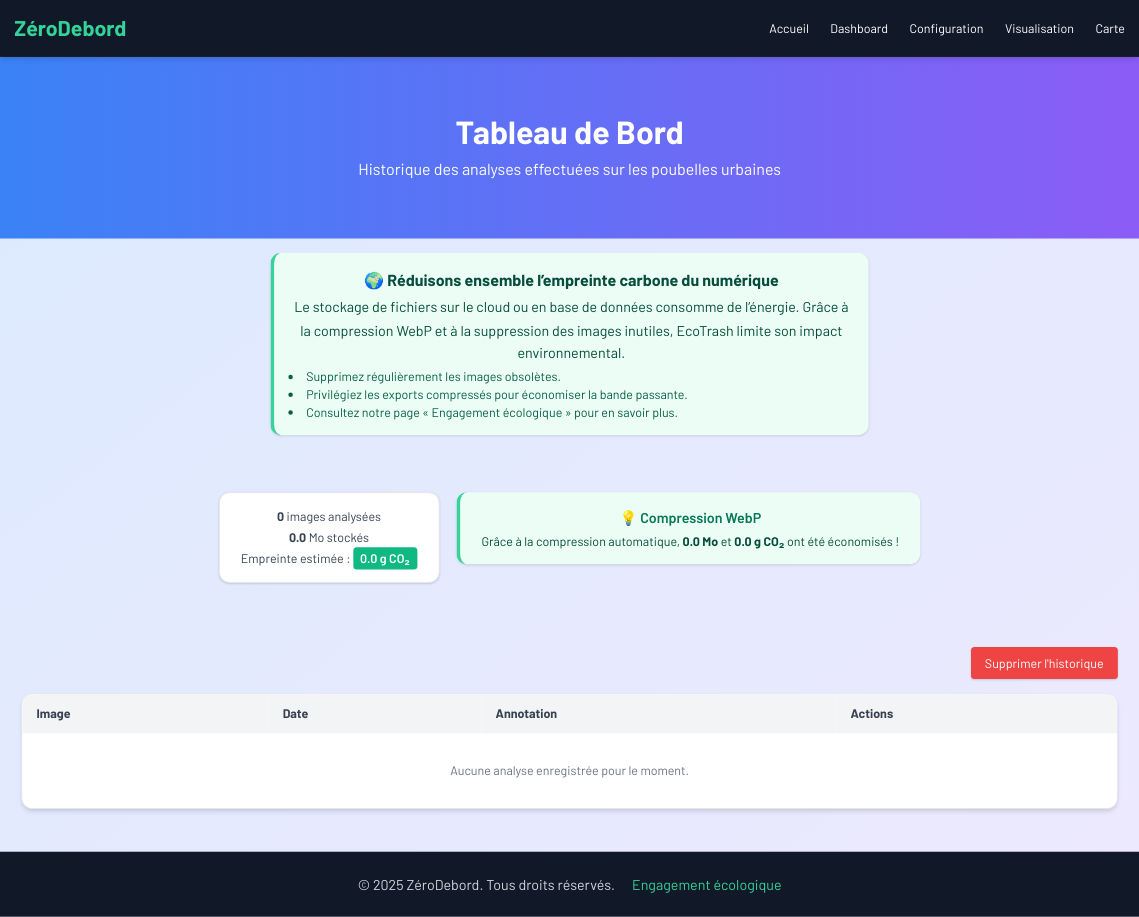
Repository: BaptGBM/MASTERCAMP
Page: http://localhost/dashboard
The author's editor kept a copy of each file at every save. The page is drawn from the files as they stood at one save, then again after the next save.
The browser window is 1280 px wide. The pictures show the whole page, at 89% of full size.
The page is served by the project's application, run on Flask 3 (app.py). Other server files are loaded and not shown. Queries for data that is not in the repository find no rows.

Above is the page before, as saved 2025-07-08 23:32:52.

### templates/dashboard.html
<!DOCTYPE html>
<html lang="fr">
<head>
  <meta charset="UTF-8" />
  <meta name="viewport" content="width=device-width, initial-scale=1.0" />
  <title>ZéroDebord - Dashboard</title>
  <link href="https://fonts.googleapis.com/css2?family=Barlow:wght@300;400;500;600;700&display=swap" rel="stylesheet">
  <link href="https://cdn.jsdelivr.net/npm/tailwindcss@2.2.19/dist/tailwind.min.css" rel="stylesheet">
  <link rel="stylesheet" href="{{ url_for('static', filename='style.css') }}">
  <style>
    body {
      font-family: 'Barlow', -apple-system, BlinkMacSystemFont, 'Segoe UI', Roboto, sans-serif;
    }
  </style>
</head>
<body class="bg-gradient-to-br from-blue-100 to-purple-100 min-h-screen flex flex-col">

  <!-- HEADER -->
  <header class="bg-gray-900 text-white py-4 shadow-md sticky top-0 z-50">
    <div class="container mx-auto px-4 flex justify-between items-center">
      <a href="{{ url_for('index') }}" class="text-2xl font-bold text-green-400 hover:text-green-300 transition-colors duration-200 no-underline">ZéroDebord</a>
      <nav>
        <ul class="flex gap-6 text-sm">
          <li><a href="{{ url_for('index') }}"  class="hover:underline">Accueil</a></li>
          <a href="{{ url_for('dashboard') }}" class="hover:underline">Dashboard</a>
          <li><a href="{{ url_for('config') }}" class="hover:underline">Configuration</a></li>
          <li><a href="{{ url_for('visualisation') }}" class="hover:underline">Visualisation</a></li>
          <li><a href="{{ url_for('map_view') }}" class="hover:underline">Carte</a></li>


        </ul>
      </nav>
    </div>
  </header>

  <!-- TITRE -->
  <section class="py-16 text-center bg-gradient-to-r from-blue-500 to-purple-500 text-white">
    <h2 class="text-4xl font-bold mb-2">Tableau de Bord</h2>
    <p class="text-lg">Historique des analyses effectuées sur les poubelles urbaines</p>
  </section>

  <section class="py-4 text-center">
    <div class="max-w-2xl mx-auto bg-green-50 border-l-4 border-green-400 text-green-900 p-4 rounded-xl shadow mb-6">
      <h3 class="font-bold text-lg mb-1">🌍 Réduisons ensemble l’empreinte carbone du numérique</h3>
      <p class="mb-1">Le stockage de fichiers sur le cloud ou en base de données consomme de l’énergie. Grâce à la compression WebP et à la suppression des images inutiles, EcoTrash limite son impact environnemental.</p>
      <ul class="list-disc list-inside text-left text-green-800 text-sm">
        <li>Supprimez régulièrement les images obsolètes.</li>
        <li>Privilégiez les exports compressés pour économiser la bande passante.</li>
        <li>Consultez notre page « Engagement écologique » pour en savoir plus.</li>
      </ul>
    </div>
  </section>

<!-- INDICATEUR GREEN IT -->
<section class="text-center my-6">
  <div class="inline-block bg-white rounded-xl shadow px-6 py-4 text-sm text-gray-700 space-y-1 border">
    <p><strong>{{ nb_images }}</strong> images analysées</p>
    <p><strong>{{ volume_mb }}</strong> Mo stockés</p>
    <p>
      Empreinte estimée :
      <span class="font-semibold px-2 py-1 rounded text-white
        {% if co2 < 20 %} bg-green-500
        {% elif co2 < 50 %} bg-yellow-500
        {% else %} bg-red-500
        {% endif %}">
        {{ co2 }} g CO₂
      </span>
    </p>
  </div>
  <div class="inline-block bg-green-50 border-l-4 border-green-400 text-green-900 rounded-xl shadow px-6 py-4 ml-4 align-top">
    <p class="font-semibold text-green-700 mb-1">💡 Compression WebP</p>
    <p class="text-sm">Grâce à la compression automatique, <span class="font-bold">{{ gain_mb }} Mo</span> et <span class="font-bold">{{ gain_co2 }} g CO₂</span> ont été économisés&nbsp;!</p>
  </div>
</section>



  <!-- TABLEAU -->
  <main class="container mx-auto px-6 py-12 flex-grow">
    <div class="flex justify-end mb-4">
      <form method="POST" action="{{ url_for('clear_history') }}">
        <button type="submit" class="bg-red-500 hover:bg-red-600 text-white px-4 py-2 text-sm rounded shadow">
           Supprimer l'historique
        </button>
      </form>
    </div>
    <div class="overflow-x-auto bg-white rounded-xl shadow-md border">
      <table class="min-w-full table-auto text-sm text-left">
        <thead class="bg-gray-100 text-gray-700 font-semibold">
          <tr>
            <th class="px-4 py-3">Image</th>
            <th class="px-4 py-3">Date</th>
            <th class="px-4 py-3">Annotation</th>
            <th class="px-4 py-3">Actions</th>
          </tr>
        </thead>
        <tbody class="text-gray-600">
          {% if images.items %}
            {% for image in images.items %}
              <tr class="border-t hover:bg-gray-50">
                <td class="px-4 py-2">
                  <img src="{{ url_for('static', filename='uploads/' + image.filename) }}" alt="img" class="w-16 h-16 object-contain rounded shadow" loading="lazy">
                </td>
                <td class="px-4 py-2">{{ image.date_uploaded.strftime('%d/%m/%Y %H:%M') }}</td>
                <td class="px-4 py-2">
                  <span class="px-2 py-1 rounded text-white {% if image.annotation == 'pleine' %} bg-red-500 {% else %} bg-green-500 {% endif %}">
                    {{ image.annotation | capitalize }}
                  </span>
                </td>
                <td class="px-4 py-2 space-x-2">
                  <a href="{{ url_for('annotate', image_id=image.id, label='pleine') }}" class="text-sm bg-red-100 text-red-600 px-2 py-1 rounded">Pleine</a>
                  <a href="{{ url_for('annotate', image_id=image.id, label='vide') }}" class="text-sm bg-green-100 text-green-600 px-2 py-1 rounded">Vide</a>
                </td>
              </tr>
            {% endfor %}
          {% else %}
            <tr>
              <td colspan="4" class="text-center text-gray-500 px-4 py-8">
                Aucune analyse enregistrée pour le moment.
              </td>
            </tr>
          {% endif %}
        </tbody>
      </table>
    </div>
    {% if images.pages > 1 %}
    <div class="flex justify-center mt-6 gap-1 flex-wrap">
      {% set page_range = [] %}
      {% if images.pages <= 7 %}
        {% set page_range = range(1, images.pages+1) %}
      {% else %}
        {% set page_range = [1, 2] %}
        {% if images.page > 4 %}
          {% set _ = page_range.append('...') %}
        {% endif %}
        {% for p in range(images.page-1, images.page+2) %}
          {% if 2 < p < images.pages-1 %}
            {% set _ = page_range.append(p) %}
          {% endif %}
        {% endfor %}
        {% if images.page < images.pages-3 %}
          {% set _ = page_range.append('...') %}
        {% endif %}
        {% set _ = page_range.extend([images.pages-1, images.pages]) %}
      {% endif %}
      {% if images.has_prev %}
        <a href="{{ url_for('dashboard', page=images.prev_num) }}" class="px-3 py-1 rounded-full bg-gray-200 hover:bg-blue-200 focus:ring-2 focus:ring-blue-400 transition">&laquo;</a>
      {% endif %}
      {% for p in page_range %}
        {% if p == '...' %}
          <span class="px-3 py-1 text-gray-400">...</span>
        {% else %}
          <a href="{{ url_for('dashboard', page=p) }}" class="px-3 py-1 rounded-full mx-0.5 {{ 'bg-blue-600 text-white font-bold shadow' if p==images.page else 'bg-gray-100 hover:bg-blue-100 text-gray-700' }} focus:ring-2 focus:ring-blue-400 transition">{{ p }}</a>
        {% endif %}
      {% endfor %}
      {% if images.has_next %}
        <a href="{{ url_for('dashboard', page=images.next_num) }}" class="px-3 py-1 rounded-full bg-gray-200 hover:bg-blue-200 focus:ring-2 focus:ring-blue-400 transition">&raquo;</a>
      {% endif %}
    </div>
    {% endif %}
  </main>

  <!-- FOOTER -->
  <footer class="bg-gray-900 text-gray-300 py-6 text-center">
    <p>&copy; 2025 ZéroDebord. Tous droits réservés.
      <a href="{{ url_for('engagement') }}" class="text-green-400 hover:underline ml-4">Engagement écologique</a>
    </p>
  </footer>
</body>
</html>

### static/style.css
/* Police Apple - SF Pro Display pour un design Apple */

/* Variables CSS pour la palette écologique moderne */
:root {
  /* Couleurs principales - palette écologique */
  --primary-green: #059669;      /* Vert émeraude principal */
  --primary-green-light: #10b981; /* Vert émeraude clair */
  --primary-green-dark: #047857;  /* Vert émeraude foncé */

  /* Couleurs secondaires - tons naturels */
  --secondary-blue: #0ea5e9;     /* Bleu ciel */
  --secondary-blue-light: #38bdf8; /* Bleu ciel clair */
  --secondary-blue-dark: #0284c7;  /* Bleu ciel foncé */

  /* Couleurs d'accent - terre et nature */
  --accent-orange: #f59e0b;      /* Orange terre */
  --accent-brown: #92400e;       /* Brun terre */
  --accent-sage: #6b7280;        /* Gris sauge */

  /* Couleurs de statut */
  --success-green: #22c55e;      /* Vert succès */
  --warning-amber: #f59e0b;      /* Ambre avertissement */
  --error-red: #ef4444;          /* Rouge erreur */

  /* Couleurs neutres modernes */
  --neutral-50: #fafaf9;
  --neutral-100: #f5f5f4;
  --neutral-200: #e7e5e4;
  --neutral-300: #d6d3d1;
  --neutral-400: #a8a29e;
  --neutral-500: #78716c;
  --neutral-600: #57534e;
  --neutral-700: #44403c;
  --neutral-800: #292524;
  --neutral-900: #1c1917;

  /* Gradients écologiques */
  --gradient-primary: linear-gradient(135deg, var(--primary-green) 0%, var(--secondary-blue) 100%);
  --gradient-secondary: linear-gradient(135deg, var(--neutral-50) 0%, var(--neutral-100) 100%);
  --gradient-hero: linear-gradient(135deg, var(--primary-green) 0%, var(--secondary-blue) 50%, var(--accent-orange) 100%);

  /* Ombres modernes */
  --shadow-sm: 0 1px 2px 0 rgba(0, 0, 0, 0.05);
  --shadow-md: 0 4px 6px -1px rgba(0, 0, 0, 0.1), 0 2px 4px -1px rgba(0, 0, 0, 0.06);
  --shadow-lg: 0 10px 15px -3px rgba(0, 0, 0, 0.1), 0 4px 6px -2px rgba(0, 0, 0, 0.05);
  --shadow-xl: 0 20px 25px -5px rgba(0, 0, 0, 0.1), 0 10px 10px -5px rgba(0, 0, 0, 0.04);

  /* Rayons de bordure */
  --radius-sm: 0.375rem;
  --radius-md: 0.5rem;
  --radius-lg: 0.75rem;
  --radius-xl: 1rem;
  --radius-2xl: 1.5rem;
}

/* Application de la police Barlow */
@import url('https://fonts.googleapis.com/css2?family=Barlow:wght@300;400;500;600;700&display=swap');

* {
  font-family: 'Barlow', -apple-system, BlinkMacSystemFont, 'Segoe UI', Roboto, sans-serif !important;
  font-feature-settings: 'kern' 1, 'liga' 1;
  text-rendering: optimizeLegibility;
  -webkit-font-smoothing: antialiased;
  -moz-osx-font-smoothing: grayscale;
}

/* Force Barlow sur tous les éléments */
body, html, h1, h2, h3, h4, h5, h6, p, span, div, a, button, input, select, textarea, label, th, td, li, ul, ol {
  font-family: 'Barlow', -apple-system, BlinkMacSystemFont, 'Segoe UI', Roboto, sans-serif !important;
}

/* Surcharge spécifique pour Tailwind CSS */
.text-xs, .text-sm, .text-base, .text-lg, .text-xl, .text-2xl, .text-3xl, .text-4xl, .text-5xl, .text-6xl {
  font-family: 'Barlow', -apple-system, BlinkMacSystemFont, 'Segoe UI', Roboto, sans-serif !important;
}

.font-thin, .font-extralight, .font-light, .font-normal, .font-medium, .font-semibold, .font-bold, .font-extrabold, .font-black {
  font-family: 'Barlow', -apple-system, BlinkMacSystemFont, 'Segoe UI', Roboto, sans-serif !important;
}

/* Styles de base modernisés */
body {
  background: var(--gradient-secondary);
  color: var(--neutral-700);
  line-height: 1.6;
  font-weight: 400;
}

/* Header moderne */
.modern-header {
  background: var(--neutral-900);
  backdrop-filter: blur(10px);
  border-bottom: 1px solid var(--neutral-800);
}

.modern-header h1 {
  color: var(--primary-green-light);
  font-weight: 700;
  letter-spacing: -0.025em;
}

.modern-header nav a {
  color: var(--neutral-300);
  font-weight: 500;
  transition: all 0.2s ease;
}

.modern-header nav a:hover {
  color: var(--primary-green-light);
  text-decoration: none;
}

/* Section hero moderne */
.modern-hero {
  background: var(--gradient-hero);
  position: relative;
  overflow: hidden;
}

.modern-hero::before {
  content: '';
  position: absolute;
  top: 0;
  left: 0;
  right: 0;
  bottom: 0;
  background: url('data:[embedded picture, 296 characters]');
  opacity: 0.3;
}

.modern-hero h2 {
  font-weight: 800;
  letter-spacing: -0.025em;
  text-shadow: 0 2px 4px rgba(0, 0, 0, 0.1);
}

.modern-hero p {
  font-weight: 500;
  opacity: 0.9;
}

/* Cartes modernes */
.modern-card {
  background: white;
  border-radius: var(--radius-xl);
  box-shadow: var(--shadow-lg);
  border: 1px solid var(--neutral-200);
  transition: all 0.3s ease;
}

.modern-card:hover {
  box-shadow: var(--shadow-xl);
  transform: translateY(-2px);
}

/* Boutons modernes */
.modern-btn {
  font-weight: 600;
  border-radius: var(--radius-lg);
  transition: all 0.2s ease;
  border: none;
  cursor: pointer;
  display: inline-flex;
  align-items: center;
  gap: 0.5rem;
}

.modern-btn-primary {
  background: var(--primary-green);
  color: white;
  box-shadow: var(--shadow-md);
}

.modern-btn-primary:hover {
  background: var(--primary-green-dark);
  box-shadow: var(--shadow-lg);
  transform: translateY(-1px);
}

.modern-btn-secondary {
  background: var(--secondary-blue);
  color: white;
  box-shadow: var(--shadow-md);
}

.modern-btn-secondary:hover {
  background: var(--secondary-blue-dark);
  box-shadow: var(--shadow-lg);
  transform: translateY(-1px);
}

.modern-btn-success {
  background: var(--success-green);
  color: white;
}

.modern-btn-success:hover {
  background: #16a34a;
}

.modern-btn-warning {
  background: var(--warning-amber);
  color: white;
}

.modern-btn-warning:hover {
  background: #d97706;
}

.modern-btn-error {
  background: var(--error-red);
  color: white;
}

.modern-btn-error:hover {
  background: #dc2626;
}

/* Badges de statut modernes */
.modern-badge {
  font-weight: 600;
  font-size: 0.875rem;
  padding: 0.375rem 0.75rem;
  border-radius: var(--radius-md);
  display: inline-flex;
  align-items: center;
  gap: 0.25rem;
}

.modern-badge-full {
  background: #fef2f2;
  color: var(--error-red);
  border: 1px solid #fecaca;
}

.modern-badge-empty {
  background: #f0fdf4;
  color: var(--success-green);
  border: 1px solid #bbf7d0;
}

/* Formulaires modernes */
.modern-input {
  border: 2px solid var(--neutral-200);
  border-radius: var(--radius-lg);
  padding: 0.75rem 1rem;
  font-weight: 500;
  transition: all 0.2s ease;
  background: white;
}

.modern-input:focus {
  outline: none;
  border-color: var(--primary-green);
  box-shadow: 0 0 0 3px rgba(5, 150, 105, 0.1);
}

.modern-select {
  border: 2px solid var(--neutral-200);
  border-radius: var(--radius-lg);
  padding: 0.75rem 1rem;
  font-weight: 500;
  background: white;
  cursor: pointer;
}

.modern-select:focus {
  outline: none;
  border-color: var(--primary-green);
  box-shadow: 0 0 0 3px rgba(5, 150, 105, 0.1);
}

/* Tableaux modernes */
.modern-table {
  background: white;
  border-radius: var(--radius-xl);
  overflow: hidden;
  box-shadow: var(--shadow-lg);
  border: 1px solid var(--neutral-200);
}

.modern-table thead {
  background: var(--neutral-50);
}

.modern-table th {
  font-weight: 600;
  color: var(--neutral-700);
  padding: 1rem;
  text-align: left;
}

.modern-table td {
  padding: 1rem;
  border-top: 1px solid var(--neutral-200);
}

.modern-table tbody tr:hover {
  background: var(--neutral-50);
}

/* Footer moderne */
.modern-footer {
  background: var(--neutral-900);
  color: var(--neutral-400);
  font-weight: 500;
}

/* Animations et transitions */
.fade-in {
  animation: fadeIn 0.6s ease-out;
}

@keyframes fadeIn {
  from {
    opacity: 0;
    transform: translateY(20px);
  }
  to {
    opacity: 1;
    transform: translateY(0);
  }
}

.slide-up {
  animation: slideUp 0.6s ease-out;
}

@keyframes slideUp {
  from {
    opacity: 0;
    transform: translateY(30px);
  }
  to {
    opacity: 1;
    transform: translateY(0);
  }
}

/* Indicateurs écologiques */
.eco-indicator {
  background: var(--gradient-primary);
  color: white;
  border-radius: var(--radius-xl);
  padding: 1.5rem;
  text-align: center;
  box-shadow: var(--shadow-lg);
}

.eco-indicator h3 {
  font-weight: 700;
  margin-bottom: 0.5rem;
}

.eco-indicator p {
  font-weight: 500;
  opacity: 0.9;
}

/* Responsive design amélioré */
@media (max-width: 768px) {
  .modern-hero h2 {
    font-size: 2rem;
  }

  .modern-card {
    margin: 1rem;
  }

  .modern-header nav {
    flex-direction: column;
    gap: 0.5rem;
  }
}

/* Accessibilité améliorée */
@media (prefers-reduced-motion: reduce) {
  * {
    animation-duration: 0.01ms !important;
    animation-iteration-count: 1 !important;
    transition-duration: 0.01ms !important;
  }
}

/* Mode sombre (optionnel) */
@media (prefers-color-scheme: dark) {
  :root {
    --neutral-50: #1c1917;
    --neutral-100: #292524;
    --neutral-200: #44403c;
  }
}

Loaded but not shown: app.py (586 lines, source omitted)

After the next save:
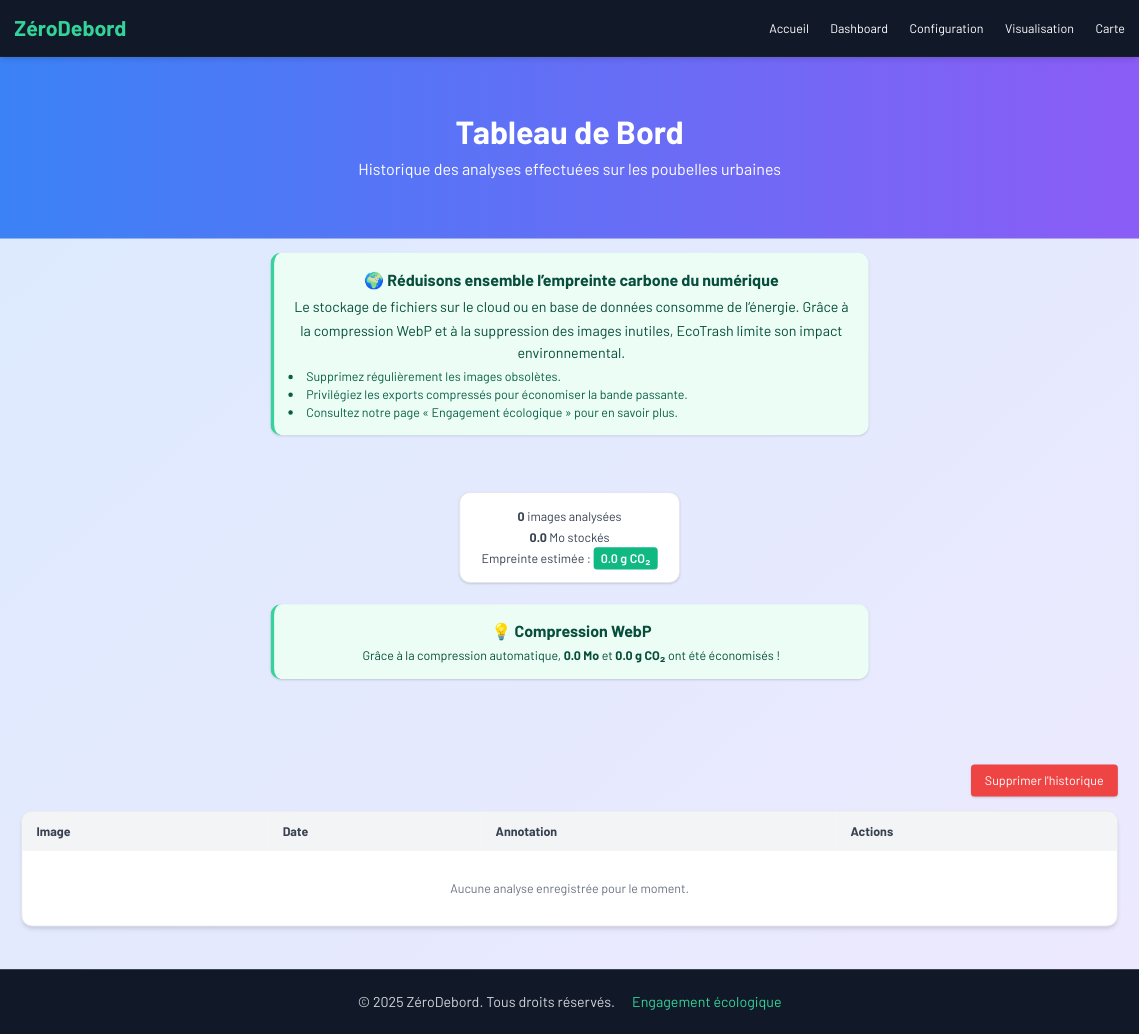
Saved 100 s later.
--- a/templates/dashboard.html
+++ b/templates/dashboard.html
@@ -67,8 +67,8 @@
       </span>
     </p>
   </div>
-  <div class="inline-block bg-green-50 border-l-4 border-green-400 text-green-900 rounded-xl shadow px-6 py-4 ml-4 align-top">
-    <p class="font-semibold text-green-700 mb-1">💡 Compression WebP</p>
+  <div class="max-w-2xl mx-auto bg-green-50 border-l-4 border-green-400 text-green-900 p-4 rounded-xl shadow mb-6 mt-6">
+    <h3 class="font-bold text-lg mb-1">💡 Compression WebP</h3>
     <p class="text-sm">Grâce à la compression automatique, <span class="font-bold">{{ gain_mb }} Mo</span> et <span class="font-bold">{{ gain_co2 }} g CO₂</span> ont été économisés&nbsp;!</p>
   </div>
 </section>
